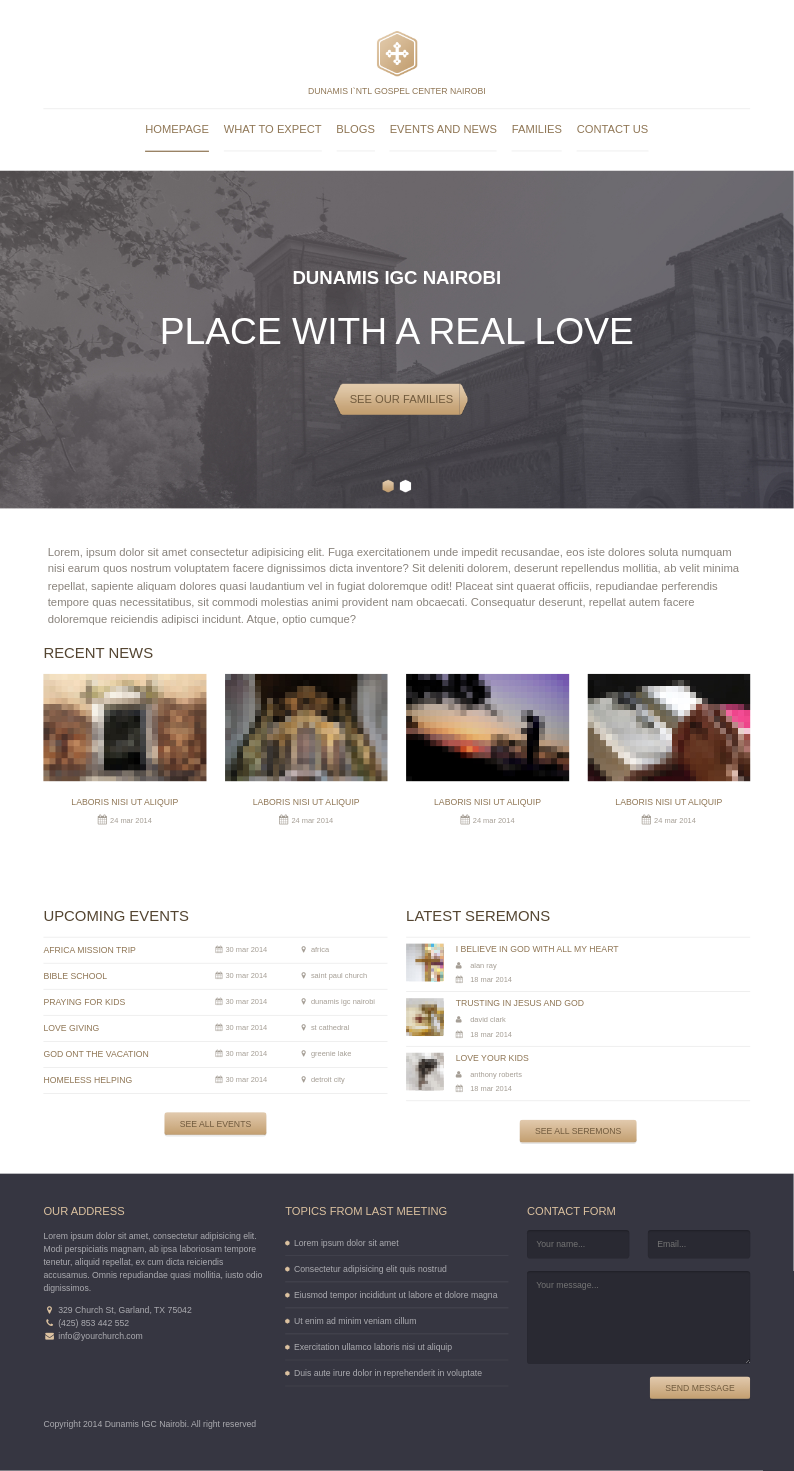
Repository: profbkmurage/churchWebsite
Page: index.html
These files come from the project's save history. The page is drawn as it stood at one moment and after the next save; the edit follows.
The browser window is 1280 px wide. The pictures show the whole page, at 62% of full size.

Above is the page before, as saved 2024-07-10 18:38:16.

After the next save:
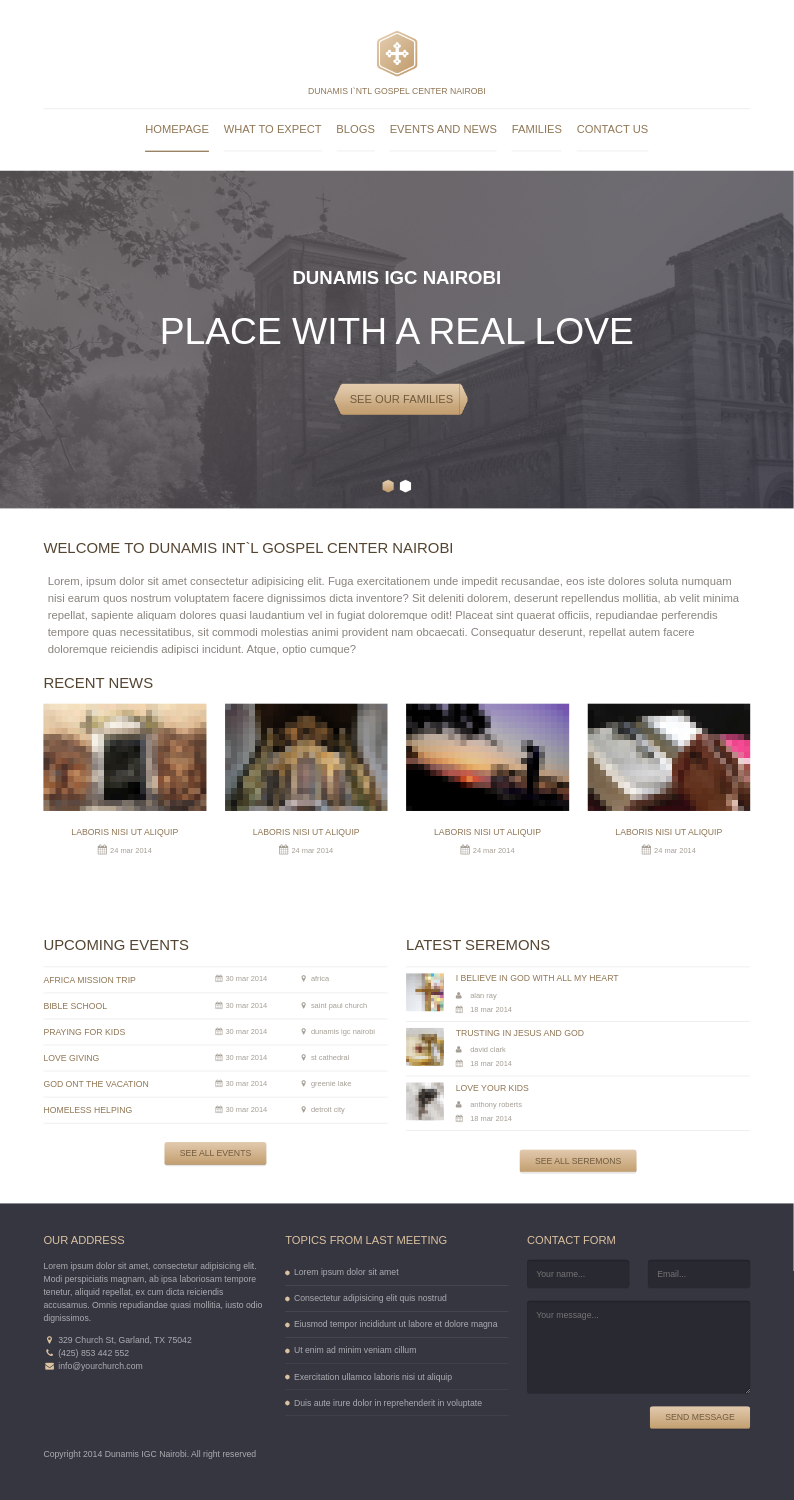
Saved 2 min 3 s later.
--- a/index.html
+++ b/index.html
@@ -75,7 +75,7 @@
 			<main class="main-content">
 				<div class="fullwidth-block">
 					<div class="container">
-
+						<h2 class="section-title">Welcome to Dunamis Int`l Gospel Center Nairobi</h2>
 						<p class="welcomeNote">
 							Lorem, ipsum dolor sit amet consectetur adipisicing elit. Fuga exercitationem unde impedit recusandae, eos iste dolores soluta numquam nisi earum quos nostrum voluptatem facere dignissimos dicta inventore? Sit deleniti dolorem, deserunt repellendus mollitia, ab velit minima repellat, sapiente aliquam dolores quasi laudantium vel in fugiat doloremque odit! Placeat sint quaerat officiis, repudiandae perferendis tempore quas necessitatibus, sit commodi molestias animi provident nam obcaecati. Consequatur deserunt, repellat autem facere doloremque reiciendis adipisci incidunt. Atque, optio cumque?
 						</p>
